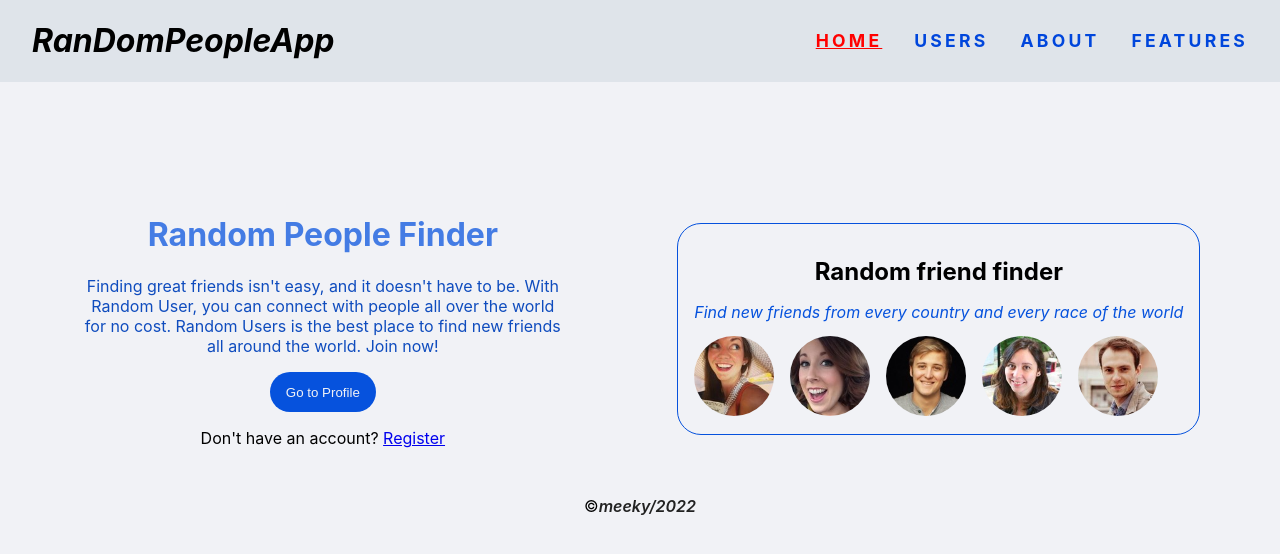
Repository: MikkyPrestige/RandomProfiles
Page: /
The author's editor kept a copy of each file at every save. The page is drawn from the files as they stood at one save, then again after the next save.
The browser window is 1280 px wide. The pictures show the whole page.
The project was rebuilt for these pictures with package versions that can differ from the ones it lists, and the page was loaded fresh each time. Also part of the build but not shown: src/components/users.jsx, src/assets/styles/search.css, src/components/search.jsx, src/assets/styles/help.css, src/components/help.jsx, src/assets/styles/about.css, src/components/about.jsx, src/assets/styles/error.css and 9 more.

Above is the page before, as saved 2022-12-06 20:46:59.

After the next save:
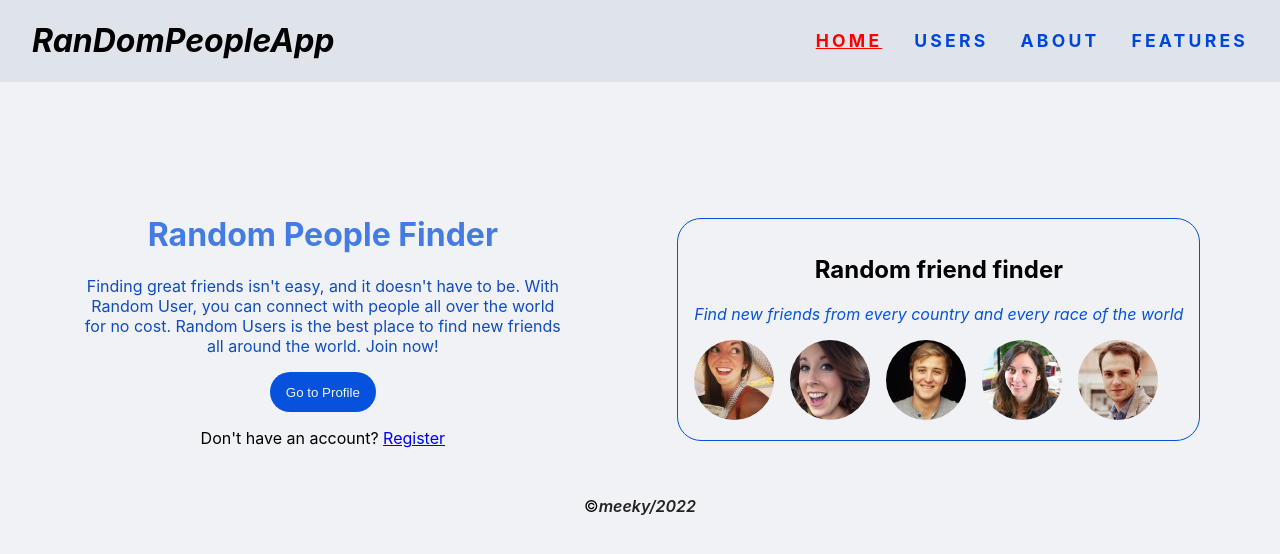
Saved 92 s later.
--- a/src/assets/styles/home.css
+++ b/src/assets/styles/home.css
@@ -41,7 +41,7 @@
 .home__wrapper {
   border: 1px solid #0652dd;
   border-radius: 1.5rem;
-  line-height: 1;
+  /* line-height: 1; */
   padding: 1rem;
   height: min-content;
 }
